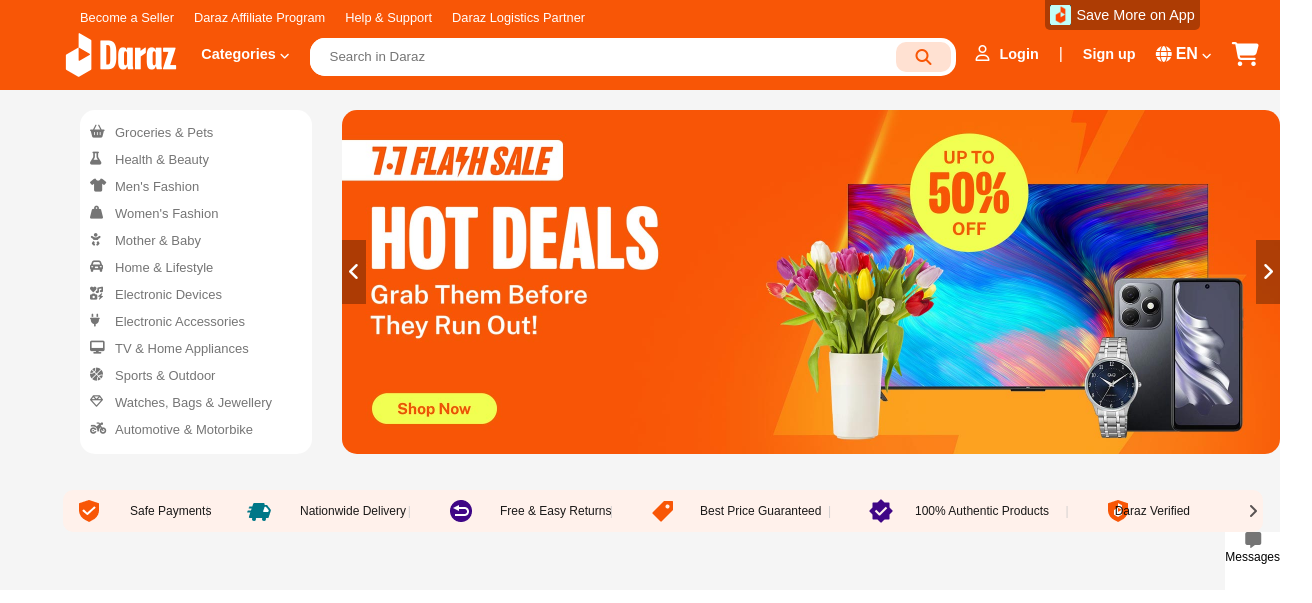
Repository: ubiadurrahman/Draz---Clone
Page: daraz.html
An editor plug-in stored every save of this project. The page is shown before and after the next save, followed by the edit.
The browser window is 1280 px wide. The page is 1312 px wide, so the pictures cover 1312 px, including what lies to the right of the window. The pictures show the whole page.

Above is the page before, as saved 2024-07-10 22:30:56.

After the next save:
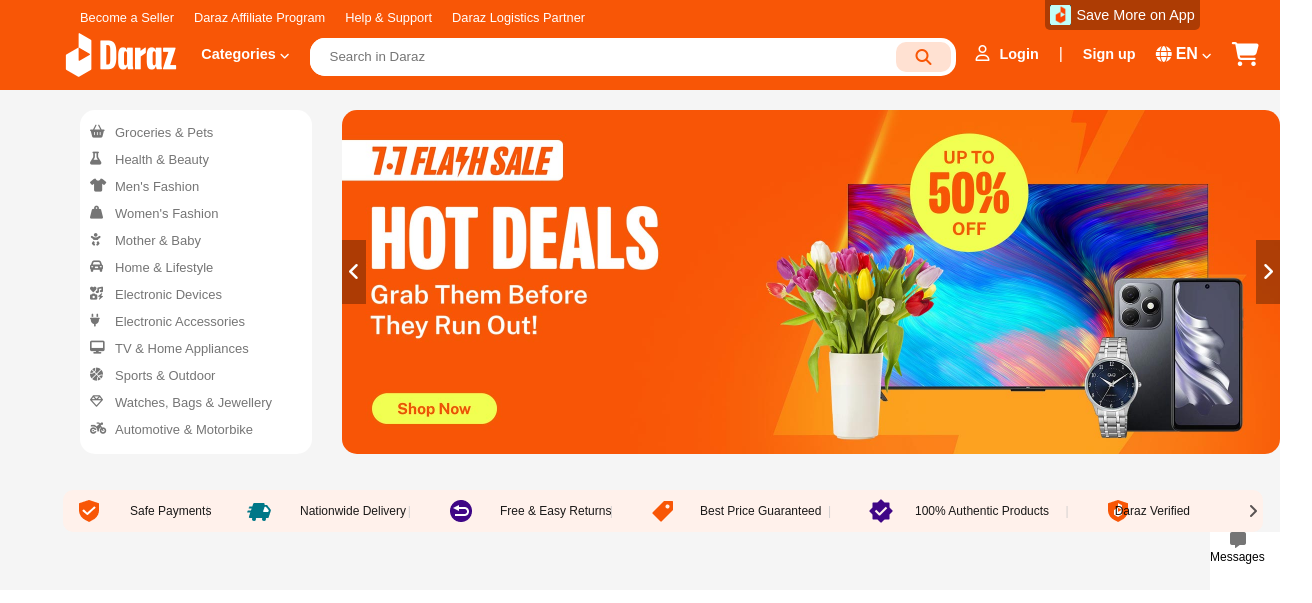
Saved 4 s later.
--- a/daraz.css
+++ b/daraz.css
@@ -430,7 +430,7 @@
 .msg-box {
     justify-content: center;
     align-items: center;
-   width: ;
+   width: 70px;
    height: 58px;
     background-color: white;
     position: fixed;
